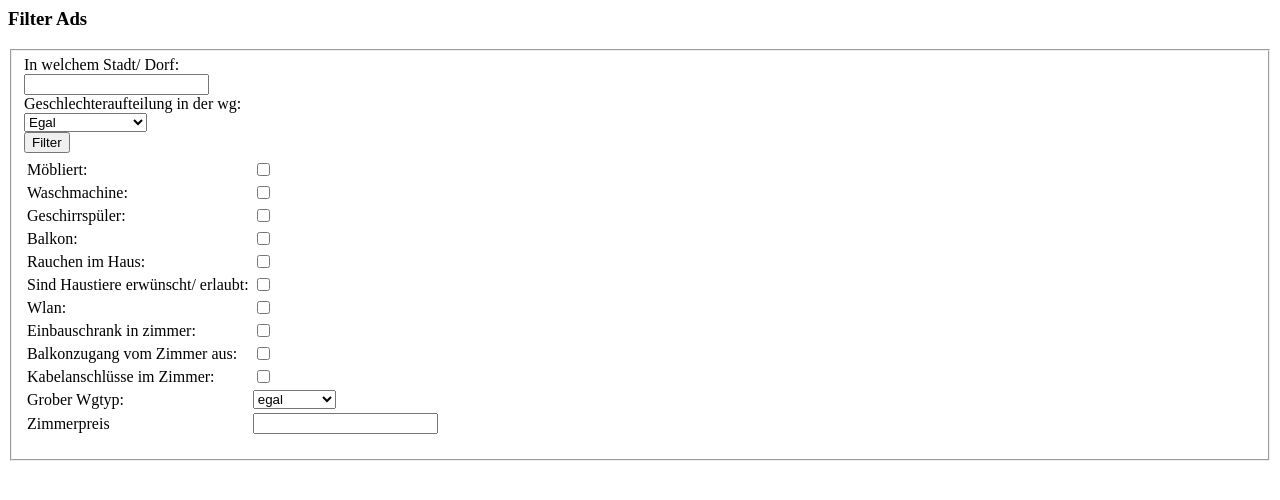
Repository: ese-unibe-ch/ese2014-team2
Page: http://localhost/Skeleton/pages/template/filter.jsp
The author's editor kept a copy of each file at every save. The page is drawn from the files as they stood at one save, then again after the next save.
The browser window is 1280 px wide. The pictures show the whole page.
The page is served by Tomcat 9. Nobody is signed in. The application's start-up code is not run. Other server files are loaded and not shown. The template is opened directly, without the code that normally fills it, so the values that code supplies are empty.

Above is the page before, as saved 2014-10-30 16:57:51.

### Skeleton/src/main/webapp/pages/template/filter.jsp
<%@ page language="java" pageEncoding="UTF-8" contentType="text/html;charset=utf-8" %>
<%@ taglib prefix="c" uri="http://java.sun.com/jsp/jstl/core" %>
<%@ taglib prefix="form" uri="http://www.springframework.org/tags/form" %>
<%@ taglib prefix="spring" uri="http://www.springframework.org/tags" %>

<div class="main">
	<div class="col-sm-12">
    	<div class="panel panel-default">
        	<div class="panel-heading">
            	<h3 class="panel-title">Filter Ads</h3>
            </div>
            <div class="panel-body">
              <form:form method="post" modelAttribute="filterForm" action="filterAds" id="filterForm" cssClass="form-horizontal" autocomplete="off" enctype="multipart/form-data">
		<fieldset>
			<table>
				<tr>
					<td></td>
					<td></td>
				</tr>

				<tr>
					<td>
						<label class="control-label" for="field-furnished">Möbliert:</label>
					</td>
					<td><div class="controls">
							<form:checkbox	path="furnished" id="field-furnished" tabindex="1" />
						</div>
					</td>
				</tr>

				<tr>
					<td>
						<label class="control-label" for="field-Laundry">Waschmachine:</label>
					</td>
					<td>
						<div class="controls">
							<form:checkbox	path="hasLaundry" id="field-Laundry" tabindex="2" />
						</div>
					</td>
				</tr>

				<tr>
					<td>
						<label class="control-label" for="field-Dishwasher">Geschirrspüler:</label>
					</td>
					<td>
						<div class="controls">
							<form:checkbox	path="hasDishwasher" id="field-Dishwasher" tabindex="3" />
						</div>
					</td>
				</tr>

				<tr>
					<td>
						<label class="control-label" for="field-Balcony">Balkon:</label>
					</td>
					<td>
						<div class="controls">
							<form:checkbox	path="hasBalcony" id="field-Balcony" tabindex="4" />
						</div>
					</td>
				</tr>

				<tr>
					<td>
						<label class="control-label" for="field-smokingInside">Rauchen im Haus:</label>
					</td>
					<td>
						<div class="controls">
							<form:checkbox	path="smokingInside" id="field-smokingInside" tabindex="5" />
						</div>
					</td>
				</tr>

				<tr>
					<td>
						<label class="control-label" for="field-pets">Sind Haustiere erwünscht/ erlaubt:</label>
					</td>
					<td>
						<div class="controls">
							<form:checkbox	path="hasPets" id="field-pets" tabindex="6" />
						</div>
					</td>
				</tr>

				<tr>
					<td>
						<label class="control-label" for="field-wlan">Wlan:</label>
					</td>
					<td>
						<div class="controls">
							<form:checkbox	path="wlan" id="field-wlan" tabindex="7" />
						</div>
					</td>
				</tr>

				<tr>
					<td>
						<label class="control-label" for="field-closet">Einbauschrank in zimmer:</label>
					</td>
					<td>
						<div class="controls">
							<form:checkbox	path="hasBuiltInCloset" id="field-closet" tabindex="8" />
						</div>
					</td>
				</tr>

				<tr>
					<td>
						<label class="control-label" for="field-isToBalcony">Balkonzugang vom Zimmer aus:</label>
					</td>
					<td>
						<div class="controls">
							<form:checkbox	path="toBalcony" id="field-isToBalcony" tabindex="9" />
						</div>
					</td>
				</tr>

				<tr>
					<td>
						<label class="control-label" for="field-Cables">Kabelanschlüsse im Zimmer:</label>
					</td>
					<td>
						<div class="controls">
							<form:checkbox	path="hasCables" id="field-Cables" tabindex="10" />
						</div>
					</td>
				</tr>

				<tr>
					<td>
						<label class="control-label" for="field-wgType">Grober Wgtyp:</label>
					</td>
					<td>
						<div class="controls">
							<form:select path="wgType" id="field-wgType"
								tabindex="7">
								<option value="undef">egal</option>
								<option value="wild">eher wild</option>
								<option value="calm">eher ruhig</option>
							</form:select>
						</div>
					</td>
				</tr>

				<tr>
					<td>
						<label class="control-label" for="field-roomPrice">Zimmerpreis</label>
					</td>
					<td>
						<div class="controls">
							<form:input path="roomPrice" id="field-roomPrice" tabindex="11"	maxlength="10" />
					 	</div>
					 </td>
				</tr>

				<tr>
					<td></td>
					<td></td>
				</tr>

				<tr>
					<td></td>
					<td></td>
				</tr>

				<tr>
					<td></td>
					<td></td>
				</tr>


















						<label class="control-label" for="field-city">In welchem Stadt/ Dorf:</label>
						<div class="controls">
						<form:input path="city" id="field-city" tabindex="12"
					maxlength="10" />
						</div>

						<label class="control-label" for="field-wgGender">Geschlechteraufteilung in der wg: </label>

						<div class="controls">
							<form:select path="wgGender" id="field-wgGender"
								tabindex="13">
								<option value="dontcare"> Egal</option>
								<option value="female">Reine Frauenwg</option>
								<option value="male">Reine Männerwg</option>


							</form:select>
						</div>
					 		<button type="submit" class="btnpink">Filter</button>
						</div>
			</table>
		</fieldset>
		</form:form>
            </div>
          </div>





</div>

After the next save:
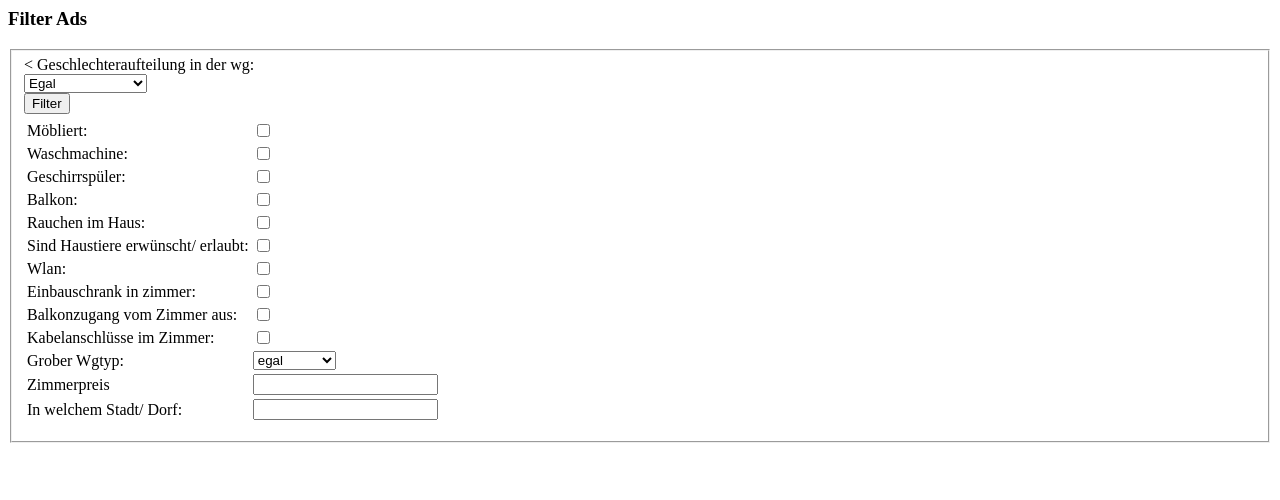
Saved 34 s later.
--- a/Skeleton/src/main/webapp/pages/template/filter.jsp
+++ b/Skeleton/src/main/webapp/pages/template/filter.jsp
@@ -155,42 +155,45 @@
 				</tr>
 
 				<tr>
-					<td></td>
-					<td></td>
-				</tr>
-
-				<tr>
-					<td></td>
-					<td></td>
-				</tr>
-
-				<tr>
-					<td></td>
-					<td></td>
-				</tr>
-
-
-
-
-
-
-
-
-
-
-
-
-
-
-
-
-
-
+					<td>
 						<label class="control-label" for="field-city">In welchem Stadt/ Dorf:</label>
-						<div class="controls">
-						<form:input path="city" id="field-city" tabindex="12"
-					maxlength="10" />
-						</div>
+					</td>
+					<td>
+						<div class="controls">
+							<form:input path="city" id="field-city" tabindex="12" maxlength="10" />
+						</div>
+					</td>
+				</tr>
+
+				<tr>
+					<td></td>
+					<td></td>
+				</tr>
+
+				<tr>
+					<td></td>
+					<td></td>
+				</tr>
+
+
+
+
+
+
+
+
+
+
+
+
+
+
+
+
+
+
+
+						<
 
 						<label class="control-label" for="field-wgGender">Geschlechteraufteilung in der wg: </label>
 
